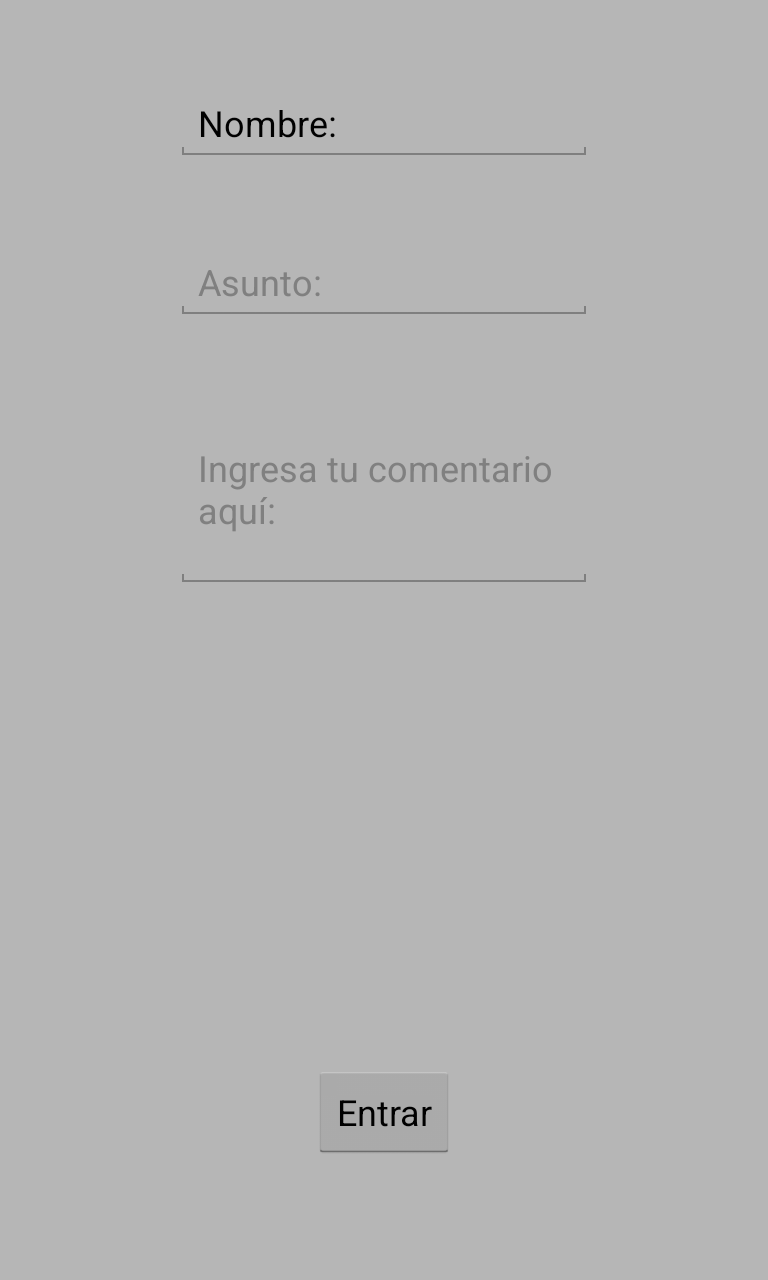
Repository: armandobs94/Dental.App
Layout: AplicacionMovil/DentalApp/Dental.App/res/layout/contacto_main.xml
These files come from the project's save history. The layout is drawn as it stood at one moment and after the next save; the edit follows.
It is drawn on a 768 x 1280 px phone screen (xhdpi) without system bars, with theme AppTheme; the app's code is not run.

Above is the layout before, as saved 2015-06-11 00:55:16.

### AplicacionMovil/DentalApp/Dental.App/res/layout/contacto_main.xml
<?xml version="1.0" encoding="utf-8"?>
<RelativeLayout xmlns:android="http://schemas.android.com/apk/res/android"
    android:layout_width="match_parent"
    android:layout_height="match_parent"
    android:background="#B6B6B6"
    android:orientation="vertical" >

    <EditText
        android:id="@+id/editText1"
        android:layout_width="wrap_content"
        android:layout_height="wrap_content"
        android:layout_alignParentTop="true"
        android:layout_centerHorizontal="true"
        android:layout_marginTop="42dp"
        android:hint="@string/campoNombre"
        android:ems="10"
        android:textColorHint="#F000"
        />

    <EditText
        android:id="@+id/editText2"
        android:layout_width="wrap_content"
        android:layout_height="wrap_content"
        android:layout_alignLeft="@+id/editText1"
        android:layout_below="@+id/editText1"
        android:layout_marginTop="40dp"
        android:hint="@string/campoAsunto"
        android:ems="10" />

    <EditText
        android:id="@+id/editText3"
        android:layout_width="wrap_content"
        android:layout_height="wrap_content"
        android:layout_alignLeft="@+id/editText2"
        android:layout_alignRight="@+id/editText2"
        android:layout_below="@+id/editText2"
        android:layout_marginTop="34dp"
        android:height="100dp"
        android:hint="@string/campoComentario"
        android:inputType="textMultiLine"
        android:width="120dp" >
    </EditText>

    <Button
        android:id="@+id/button1"
        android:layout_width="wrap_content"
        android:layout_height="wrap_content"
        android:layout_alignParentBottom="true"
        android:layout_centerHorizontal="true"
        android:layout_marginBottom="60dp"
        android:text="@string/Entrar"
        />

</RelativeLayout>

### AplicacionMovil/DentalApp/Dental.App/res/values/strings.xml
<?xml version="1.0" encoding="utf-8"?>
<resources>

    <string name="app_name">Dental.App</string>
    <string name="action_settings">Settings</string>
    <string name="hello_world">Hello world!</string>
    <string name="Usuario">Usuario:</string>
    <string name="Contra">Contraseña:</string>
    <string name="Entrar">Entrar</string>
    <string name="campoNombre">Nombre:</string>
    <string name="campoAsunto">Asunto:</string>
    <string name="campoComentario">Ingresa tu comentario aquí:</string>

</resources>

Loaded but not shown: AplicacionMovil/DentalApp/Dental.App/res/values/styles.xml (common file); AplicacionMovil/DentalApp/Dental.App/res/values-v11/styles.xml (common file); AplicacionMovil/DentalApp/Dental.App/res/values-v14/styles.xml (common file)

After the next save:
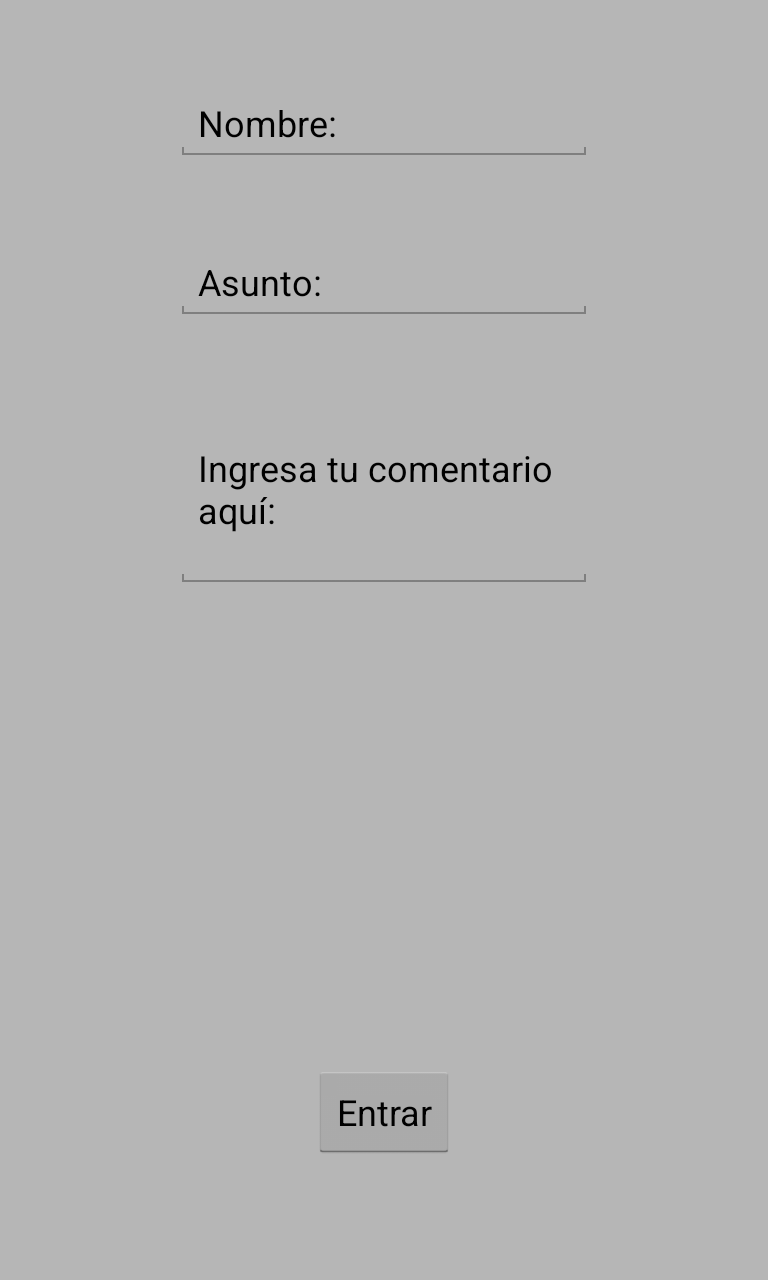
Saved 18 s later.
--- a/AplicacionMovil/DentalApp/Dental.App/res/layout/contacto_main.xml
+++ b/AplicacionMovil/DentalApp/Dental.App/res/layout/contacto_main.xml
@@ -19,6 +19,7 @@
 
     <EditText
         android:id="@+id/editText2"
+        android:textColorHint="#F000"
         android:layout_width="wrap_content"
         android:layout_height="wrap_content"
         android:layout_alignLeft="@+id/editText1"
@@ -29,6 +30,7 @@
 
     <EditText
         android:id="@+id/editText3"
+        android:textColorHint="#F000"
         android:layout_width="wrap_content"
         android:layout_height="wrap_content"
         android:layout_alignLeft="@+id/editText2"
